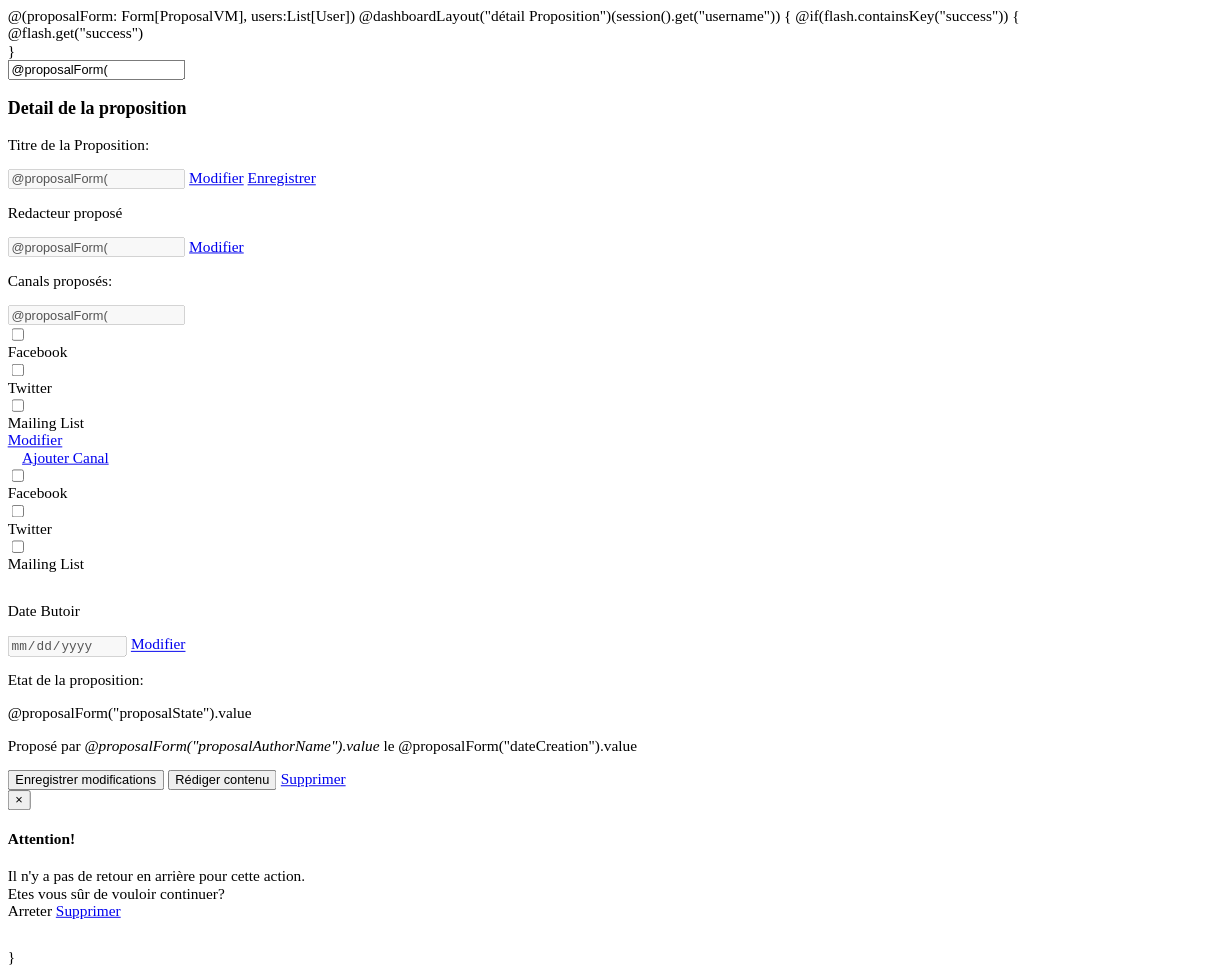
Repository: spirale-software/labo_master
Page: Application/oneDotCom/app/views/proposalDetail.scala.html
These files come from the project's save history. The page is drawn as it stood at one moment and after the next save; the edit follows.
The browser window is 1280 px wide. The pictures show the whole page, at 96% of full size.

Above is the page before, as saved 2017-04-13 13:47:54.

After the next save:
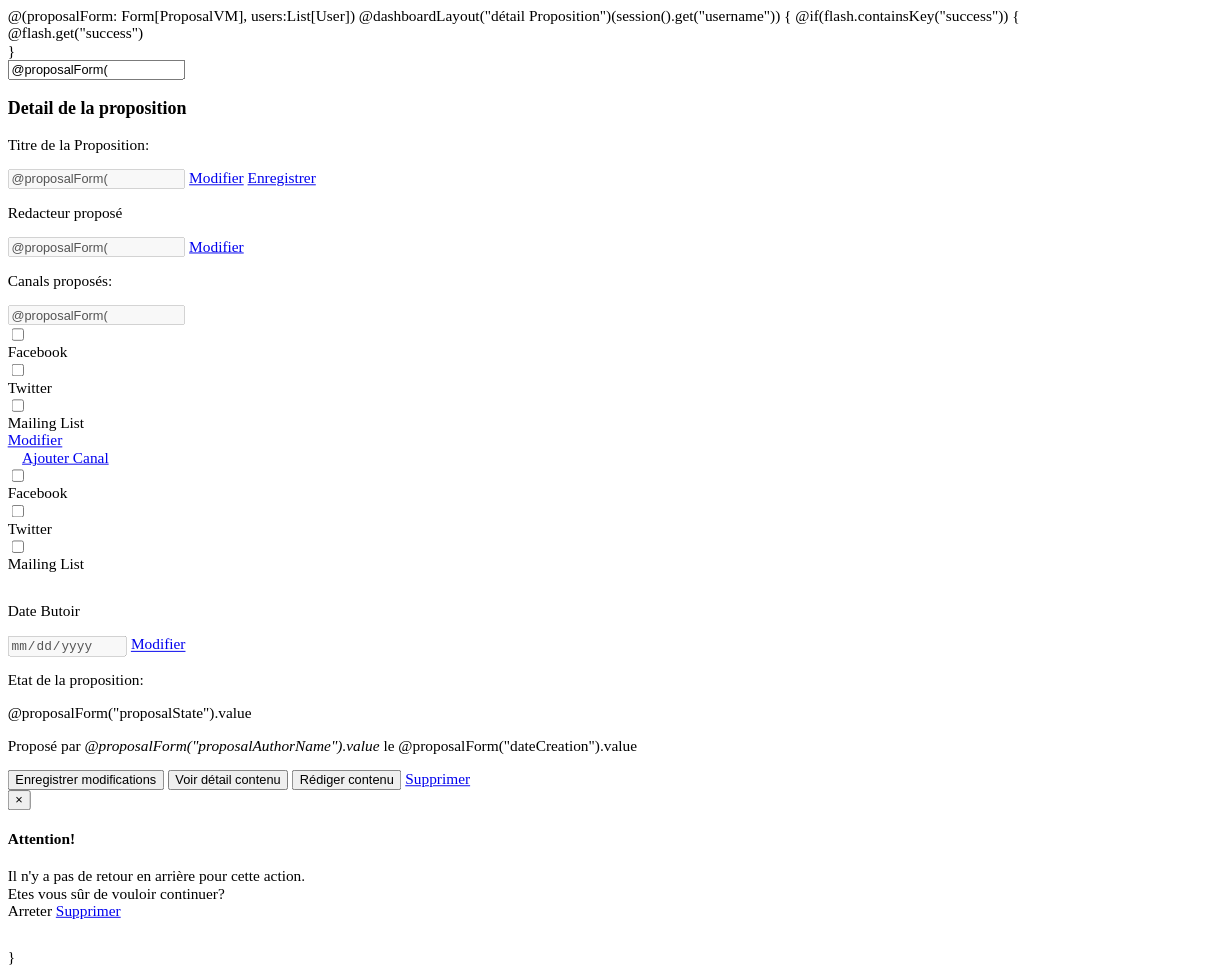
Saved 7 h 49 min later.
--- a/Application/oneDotCom/app/views/proposalDetail.scala.html
+++ b/Application/oneDotCom/app/views/proposalDetail.scala.html
@@ -147,6 +147,10 @@
                     <div style="margin-bottom: 30px">
 	                	<button type="submit" class="btn btn-primary" name="action" value="edit">
 	                		Enregistrer modifications
+	                	</button>
+
+	                     <button type="submit" class="btn btn-primary" name="action" value="detail">
+	                		Voir détail contenu
 	                	</button>
 
 	                	<button type="submit" class="btn btn-primary" name="action" value="redact">
